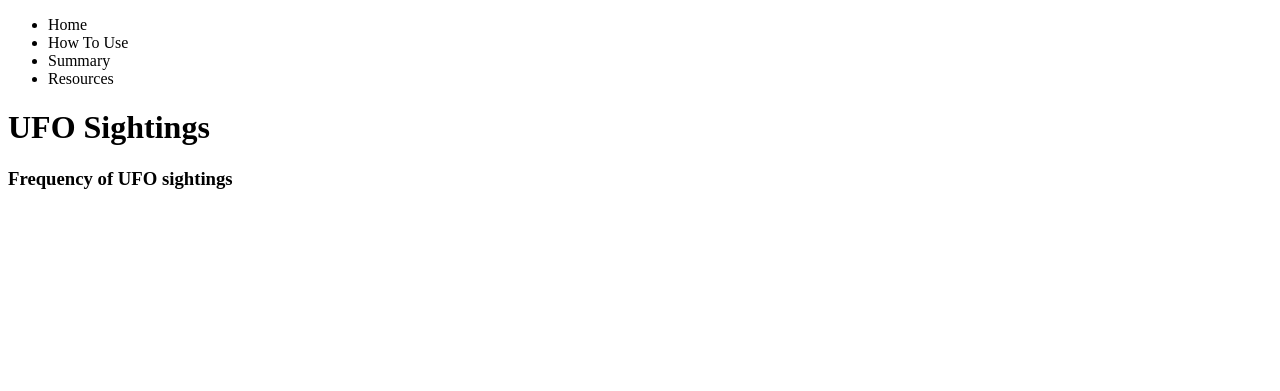
Repository: AidanJReid/Milestone-Project2
Page: index.html
The author's editor kept a record of every edit. The page is drawn from the files as they stood at one moment, then again after the next edit.
The browser window is 1280 px wide. The pictures show the whole page.
Some web libraries are served in a nearby version.

Above is the page before.

After the next edit:
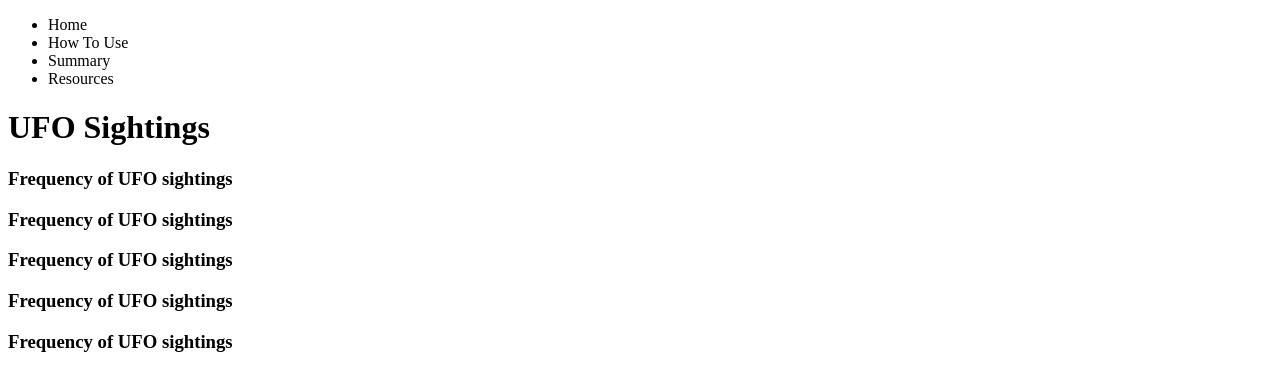
The edit:
--- a/index.html
+++ b/index.html
@@ -35,8 +35,22 @@
             <h3>Frequency of UFO sightings</h3>
             <div id="data1"></div>
         </div>
-        <div id="data2"></div>
-        <div id="data3"></div>
+        <div>
+            <h3>Frequency of UFO sightings</h3>
+            <div id="data1"></div>
+        </div>
+        <div>
+            <h3>Frequency of UFO sightings</h3>
+            <div id="data1"></div>
+        </div>
+        <div>
+            <h3>Frequency of UFO sightings</h3>
+            <div id="data1"></div>
+        </div>
+        <div>
+            <h3>Frequency of UFO sightings</h3>
+            <div id="data1"></div>
+        </div>
     </div>
 </body>
 
